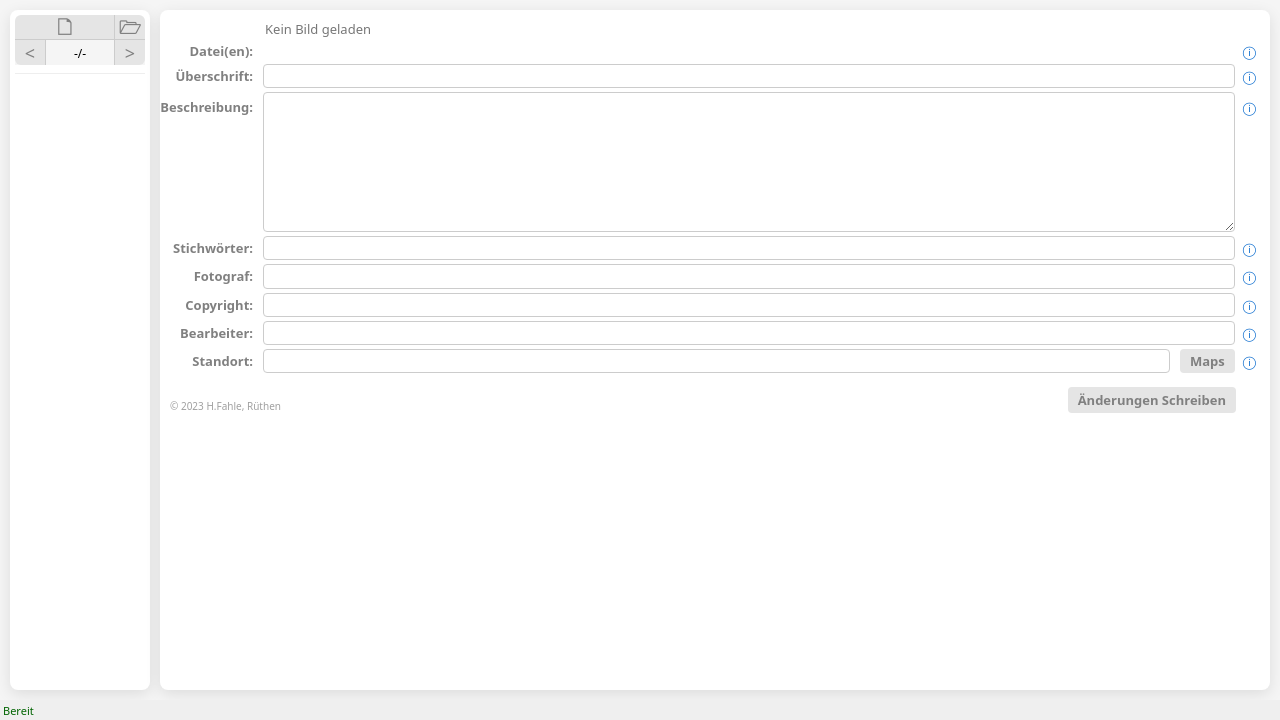
Repository: h-fahle/metadata
Page: ui/index.html
These files come from the project's save history. The page is drawn as it stood at one moment and after the next save; the edit follows.
The browser window is 1280 px wide. The pictures show the whole page.

Above is the page before, as saved 2026-08-29 14:33:35.
Console error: TypeError: Cannot read properties of undefined (reading 'core')

### ui/index.html
<!DOCTYPE html>
<html lang="de">

<head>
	<meta charset="UTF-8">
	<title>Metadaten Editor</title>
	<script src="script.js" defer></script>
	<link rel="stylesheet" href="style.css">
</head>

<body>

	<main id="main-container">

		<!-- Das Vorschaubild links -->
		<aside id="sidebar">
			<div class="split-button-container">
				<div class="main-row">
					<button class="img-select-btn open-files"  data-ordner="false" data-mehrfach="true">
						&#x1F5CB;<div class="tooltip-box">Bilddatei(en) öffnen</div>
					</button>
					<button class="img-select-btn open-folder" data-ordner="true" data-mehrfach="false">
						&#x1F5C1;<div class="tooltip-box">Ordner öffnen</div>
					</button>
				</div>
				<div class="pager-row">
					<button class="pager-btn prev-btn" data-schritt="-1">&lt;</button>
					<div id="img-nummer" class="pager-display">-/-</div>
					<button class="pager-btn next-btn" data-schritt="1"">&gt;</button>
				</div>
			</div>

			<img id="vorschau-bild" src="" style="display:none;" />
			<div id="bild-info" style="text-align:center;">
				<span id="img-datum"></span><br>
				<span id="img-groesse"></span>
			</div>
		</aside>

		<!-- Das Formular rechts -->
		<section id="form-container">

			<div id="ordner-pfad">Kein Bild geladen</div>

			<div class="form-row">
				<label for="filename">Datei(en):</label>
				<div id="dynamischerBereich" style="width: 100%;">
					<!-- Input- / oder Select-Element -->
				</div>
				<div class="tooltip-container">
					<span class="info-icon">ⓘ</span>
					<div class="tooltip-box">Im Einzelmodus: Änderung des Dateinamens bewirkt Umbenennung der Datei.
						Im Stapelmodus: Dateinamen sind nicht änderbar.!
					</div>
				</div>
			</div>

			<div class="form-row">
				<label for="caption">Überschrift:</label>
				<input type="text" id="caption" name="caption" />
				<div class="tooltip-container">
					<span class="info-icon">ⓘ</span>
					<div class="tooltip-box">Auch: (Dokument-)Titel, Schlagzeile, Headline
					</div>
				</div>
			</div>

			<div class="form-row form-row-top">
				<label for="description">Beschreibung:</label>
				<textarea id="description" name="description"></textarea>
				<div class="tooltip-container">
					<span class="info-icon">ⓘ</span>
					<div class="tooltip-box">Beschreibender Text in beliebiger Länge.
						(Im Stapelmodus wird der eingegebene Text
						&nbsp;&nbsp; an vorhandenen angehängt.)
						Hinweis: Einige Programme zeigen nur 2.000 Zeichen
						&nbsp;&nbsp; oder auch weniger an.
					</div>
				</div>
			</div>

			<div class="form-row">
				<label for="keywords">Stichwörter:</label>
				<input type="text" id="keywords" name="keywords" />
				<div class="tooltip-container">
					<span class="info-icon">ⓘ</span>
					<div class="tooltip-box">Komma-separierte Liste. Groß-/Kleinschreibung beachten.
						Im Stapelmodus werden die eingegebenen Stichwörter
						&nbsp;&nbsp; an vorhandene angehängt.
					</div>
				</div>
			</div>

			<div class="form-row">
				<label for="creator">Fotograf:</label>
				<input type="text" id="creator" name="creator" />
				<div class="tooltip-container">
					<span class="info-icon">ⓘ</span>
					<div class="tooltip-box">Urheber, Ersteller, Autor
						(Tags: Artitst, Creator, By-line)
					</div>
				</div>
			</div>

			<div class="form-row">
				<label for="copyright">Copyright:</label>
				<input type="text" id="copyright" name="copyright" />
				<div class="tooltip-container">
					<span class="info-icon">ⓘ</span>
					<div class="tooltip-box">Urheberrechtshinweis; enthält in der Regel:
						Name des Fotografen, Aufnahmejahr und Nutzungsrechte;
						(z.B. 'Copyright [1975] [Mustermann], Alle Rechte vorbehalten')
					</div>
				</div>
			</div>

			<div class="form-row">
				<label for="editor">Bearbeiter:</label>
				<input type="text" id="editor" name="editor" />
				<div class="tooltip-container">
					<span class="info-icon">ⓘ</span>
					<div class="tooltip-box">Verfasser der Metadaten
						(Tags: Caption Writer, Writer Editor)
					</div>
				</div>
			</div>

			<div class="form-row">
				<label for="position">Standort:</label>
				<input type="text" id="position" name="position" />
				<button type="button" class="maps-trigger-btn">Maps</button>
				<div class="tooltip-container">
					<span class="info-icon">ⓘ</span>
					<div class="tooltip-box">GPS-Koordinaten in Dezimalgrad (z.B.: 51.49129, 8.43317).
						Ermitteln der Koordinaten in der Google Maps-Karte:
						&nbsp; 1. mit rechter Maustaste auf den Standort klicken,
						&nbsp; 2. auf die angezeigten Koordinaten klicken,
						&nbsp; 3. der so gespeicherte Wert kann mit Strg+V
						&nbsp;&nbsp;&nbsp;&nbsp;&nbsp;&nbsp; hier eingefügt werden.
					</div>
				</div>
			</div>

			<!-- Button-Leiste -->
			<div class="button-group">
				<div id="app-copyright">
					© 2023 H.Fahle, Rüthen
					<div class="tooltip-box">Dieses Programm ist freie Software unter den Bedingungen der GNU GPLv3.
						Es wird OHNE JEDE GARANTIE zur Verfügung gestellt.
					</div>
				</div>
				<button type="button" id="btn-exif-schreiben">Änderungen Schreiben</button>
			</div>

		</section> <!-- Ende der form-containers-->
	</main> <!-- Ende des main-containers -->

	<footer id="statusleiste">
		<div id="statustext">
			Bereit
		</div>
	</footer>


</body>

</html>

### ui/style.css
:root {
	--app-font: system-ui, -apple-system, "Segoe UI", Roboto, Helvetica, Arial, sans-serif;
	--app-font-size: 13px;
}

/* 1. Das App-Fenster exakt auf 100% fixieren (kein äußeres Scrollen) */
html, body {
	margin: 0;
	padding: 0;
	height: 100vh;
	width: 100vw;
	overflow: hidden; /* Verhindert jegliche äußere Scrollbalken */
	background: #f5f5f5;
	display: flex;
	flex-direction: column; /* Hauptinhalt oben, Statusleiste unten */
	font-family: var(--app-font);
	font-size: var(--app-font-size);
}

input,
textarea,
button,
selectx {
	font-family: var(--app-font) !important;
	font-size: var(--app-font-size) !important;
}

/* Allumfassender Box-Sizing-Fix für die gesamte App */
*, *::before, *::after {
	box-sizing: border-box;
}

/* 2. Der Hauptbereich füllt den gesamten oberen Platz aus --------------------------- */
#main-container {
	flex: 1;
	display: flex;
	flex-direction: row; /* Elemente nebeneinander */
	gap: 10px;
	padding: 10px;
	overflow: hidden; /* Verhindert, dass Riesen-Inhalte das Fenster sprengen */
}

/* 3. LINKS: Die Sidebar mit fester Breite */
#sidebar {
	width: 140px;
	min-width: 140px; /* Lässt die Sidebar niemals schrumpfen */
	background-color: #ffffff;
	border-radius: 8px;
	padding: 5px;
	box-shadow: 0 4px 15px rgba(0, 0, 0, 0.1);

	/* Fügt automatischen Abstand zwischen allen Kindern in der Sidebar ein */
    display: flex;
    flex-direction: column;
    gap: 12px;
}

#vorschau-bild {
	max-width: 130px;
	margin: 15px auto;
	height: auto;
}

/* 4. RECHTS: Das Formular nimmt den gesamten Rest ein und wächst mit */
#form-container {
	flex: 1; /* Nimmt 100% des restlichen Platzes ein */
	min-width: 0; /* Erlaubt Flexbox, die Box bei Bedarf zu verkleinern */
	background-color: #ffffff;
	border-radius: 8px;
	padding: 10px;
	display: flex;
	flex-direction: column;
	gap: 4px;
	box-shadow: 0 4px 15px rgba(0, 0, 0, 0.1);
}

#ordner-pfad {
	margin-left: 95px !important;
	color: #777777;
}

/* Jede Zeile wird zu einer horizontalen Flexbox */
.form-row {
	display: flex !important;
	flex-direction: row;
	align-items: center; /* Richtet Label und Input vertikal mittig zueinander aus */
	gap: 10px;           /* Abstand zwischen Label und Input */
	width: 100%;
}

/* Die Labels bekommen eine feste Breite, damit alle Inputs sauber untereinander starten */
.form-row label {
	width: 95px;         /* Breite je nach längstem Label-Text anpassen */
	min-width: 95px;     /* Verhindert, dass das Label zusammengedrückt wird */
	text-align: right;   /* Optional: Richtet den Text rechtsbündig zum Input aus */
	color: gray;
	font-weight: bold;
	margin-left: -12px;
}

/* Die Eingabefelder füllen jetzt den gesamten restlichen Platz der Zeile aus */
.form-row input,
.form-row textarea {
	flex: 1;             /* Zwingt das Input-Feld, den Rest der Zeile einzunehmen */
	width: 100%;
	min-width: 0;        /* Erlaubt dem Input, bei sehr kleinen Fenstern stabil zu schrumpfen */
	border: 1px solid #ccc;
	border-radius: 4px;
	padding: 2px 4px;
	line-height: 1.4;
	-webkit-font-smoothing: antialiased;
	outline: none;
}
input#filename {
	font-weight: bold;
}


.form-row select {
  /* 1. Setzt das native Design auf ALLEN Plattformen zurück */
  -webkit-appearance: none; /* Für Chrome, Safari, WebKitGTK, Edge, Opera */
  -moz-appearance: none;    /* Für Firefox */
  appearance: none;         /* Der moderne, offizielle W3C-Standard */

  /* 2. Plattformübergreifender Text-Fix für Unterlängen (g, j, y) */
  line-height: 1.4;           /* 1.5 bietet genug Puffer für Linux- & Windows-Fonts */
  padding: 2px; /* Rechts Platz für den eigenen Pfeil */
  width: 100%;
  height: 24px;

  /* 3. Textglättung für macOS, Windows und Linux */
  -webkit-font-smoothing: antialiased;
  -moz-osx-font-smoothing: grayscale;

  /* 4. tandard-Design für die Box */
  background-color: #ececec;
  border: 1px solid #ccc;
  border-radius: 4px;
  box-sizing: border-box;    /* Verhindert Layout-Verschiebungen */
  outline: none;
  color: gray;
}

.form-row textarea {
	min-height: 140px;
}
.form-row input:focus-visible,
.form-row textarea:focus-visible {
	outline: 2px solid gray;
}

/* Ändert die Ausrichtung für die Textarea-Zeile nach oben */
.form-row-top {
	align-items: flex-start !important; /* Richtet Label, Textarea und Icon oben aus */
}
.form-row-top label,
.form-row-top .tooltip-container {
	padding-top: 6px; /* Verhindert, dass das Label zu weit oben klebt */
}


/* 5. UNTEN: Die Statusleiste mit fixer Höhe und eigenem Scrollbalken */
#statusleiste {
	height: 20px;  /* Feste Höhe für ca. 2 Zeilen Text */
	min-height: 20px;
	background-color: #efefef;
	font-size: 11px;
	color: #444;
	padding: 3px;
	overflow-y: auto;  /* Vertikaler Scrollbalken erscheint NUR bei Bedarf */
	overflow-x: hidden;  /* Verhindert horizontales Scrollen in der Statusleiste */
	-webkit-font-smoothing: antialiased;
}
#statustext {
	color:darkgreen;
}


/* Bedien-Elemente -------------------------------------------- */
button {
	padding: 3px 10px;
	font-weight: bold;
	cursor: pointer;
	border: none;
	background-color:#e5e5e5;
	color: gray;
}
button:hover {
	background-color: gray;
	color: white;
}
.button-group button,
.form-row button {
	border-radius: 4px;
}
#app-copyright {
	margin-right: auto;
	padding-top: 12px;
	font-size: 10px;
	color: #a0a0a0;
}

	/* ------------------------------------------------------------------------------ */
	/* Container hält die Steuer-Buttons zusammen */
	.split-button-container {
	  display: inline-flex;
	  flex-direction: column;
	  position: relative;
	  font-family: system-ui, -apple-system, sans-serif;
	  width:130px;

	border-bottom: 1px solid #eee;
    padding-bottom: 8px;
	}

	/* Obere Reihe */
	.main-row {
	  height: 25px;
	  display: flex;
	  border-bottom: 1px solid #ccc; /* Trennlinie zur zweiten Reihe */
	}

	/* Untere Reihe */
	.pager-row {
	  height: 25px;
	  display: flex;
	  align-items: center;
	  background-color: #f5f5f5;
	}

	/* Gemeinsames Design für die Button-Teile */
	.open-files,
	.open-folder,
	.prev-btn,
	.next-btn {
	  font-size: 18px  !important;
	  padding: 0;
	  cursor: pointer;
	  transition: background-color 0.2s;
	}
	.prev-btn,
	.next-btn {
		font-weight: normal;
	}

	/* Hauptbutton oben links */
	.open-files {
	  width: 100%;
	  border-top-left-radius: 6px;
	  border-right: 1px solid #ccc
	}

	/* Pfeilbutton oben rechts */
	.open-folder {
	  width: 30%;
	  border-top-right-radius: 6px;
	}

	/* Blätter-Buttons unten links und rechts */
	.pager-btn {
	  width: 30px;
	  height: 100%;
	  display: flex;
	  align-items: center;
	  justify-content: center;
	  transition: background-color 0.2s;
	}
	.prev-btn {
		border-bottom-left-radius: 6px;
	}
	.next-btn {
		border-bottom-right-radius: 6px;
	}

	.pager-display {
	  height: 100%;
	  flex-grow: 1; /* Nimmt den gesamten Platz in der Mitte ein */
	  text-align: center;
	  font-size: 12px;
	  padding: 5px 0;
	  border-left: 1px solid #ccc;
	  border-right: 1px solid #ccc;
	  user-select: none; /* Verhindert versehentliches Markieren beim Klicken */
	}



/* Der Absendeknopf richtet sich nach den Eingabefeldern aus */
.button-group {
	display: flex;
	justify-content: flex-end;
	margin: 10px 24px 0 0;
}

.button-group button {
	margin-left: 5px;
}


/* Tooltip ---------------------------------------------------------- */

/* Container für das Icon und die Box */
.tooltip-container {
	position: relative; /* Wichtig, damit sich die Box am Icon ausrichtet */
	display: inline-flex;
	align-items: center;
	cursor: help;       /* Zeigt das Fragezeichen/Hilfe-Symbol als Mauszeiger */
	margin-left: -6px;
}

/* Das Info-Icon selbst */
.info-icon {
	color: #0066cc;     /* Schönes Info-Blau */
	padding: 0 4px;
	font-size: 13px;
}

.tooltip-box {
	display: none;
	position: fixed;

	width: max-content;
	max-width: 400px;      /* Verhindert, dass der Tooltip bei sehr viel Text das Fenster sprengt */
	white-space: pre-line;

	background-color: lightyellow;
	color: black;
	border: 1px solid gray;
	padding: 2px 4px;
	border-radius: 6px;
	font-size: 11px;
	line-height: 1.4;
	box-shadow: 0 4px 10px rgba(0, 0, 0, 0.2);
	z-index: 1001;   /* Über der Statusleiste (1000), falls sie sich überschneiden */

  	/* Verschiebt den Tooltip komplett nach links,
     sodass seine rechte Kante am Cursor sitzt */
 	transform: translate(-100%, 40%);  */

	/* Animation & Verstecken */
	transition: opacity 0.2s ease-in-out, visibility 0.2s;
	pointer-events: none; /* Verhindert, dass die Box beim unabsichtlichen Drüberfahren flackert */
}

/* Zeige den Tooltip nur, wenn die Maus über dem Container ist */
.tooltip-container:hover .tooltip-box {
  display: block;
}
.img-select-btn:hover .tooltip-box,
#app-copyright:hover .tooltip-box {
	transform: none;
	font-weight: normal;
	display: block;
}

Loaded but not shown: ui/script.js (461 lines, source omitted)

After the next save:
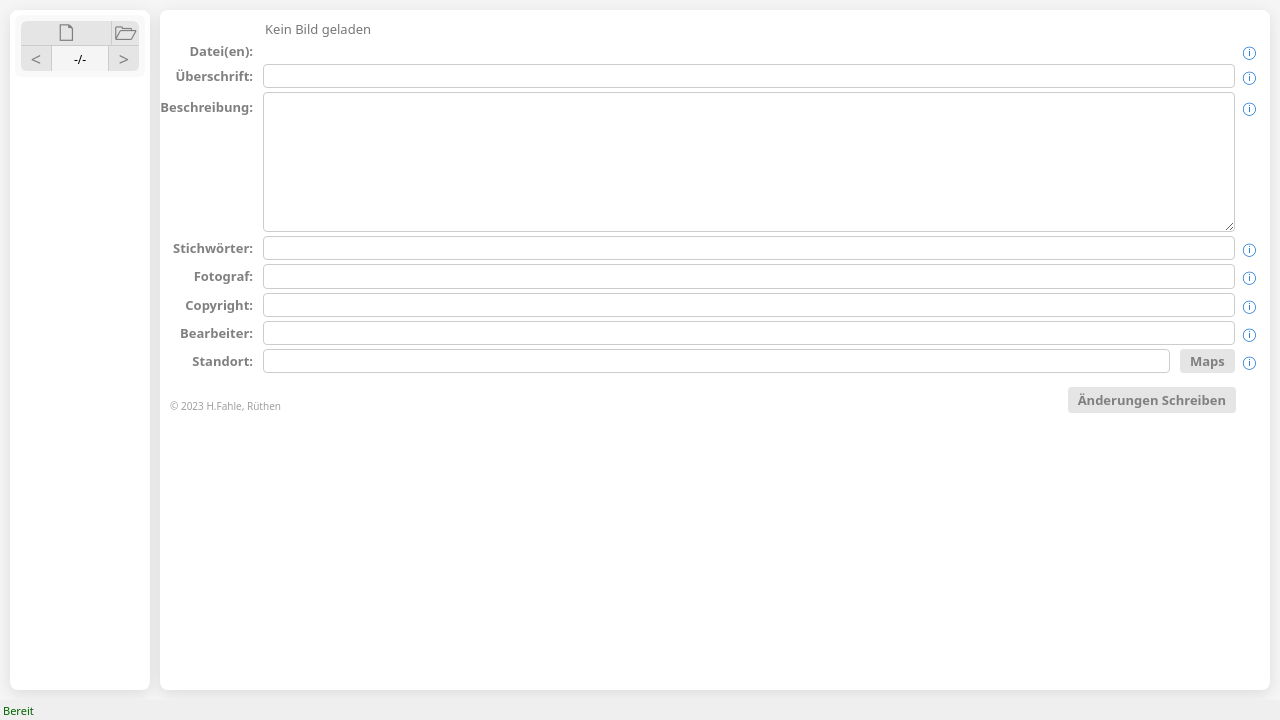
Saved 93 s later.
--- a/ui/style.css
+++ b/ui/style.css
@@ -208,10 +208,13 @@ button:hover {
 	  position: relative;
 	  font-family: system-ui, -apple-system, sans-serif;
 	  width:130px;
-
-	border-bottom: 1px solid #eee;
-    padding-bottom: 8px;
-	}
+	}
+
+	.split-button-container {
+		background: #f9f9f9;
+		padding: 6px;
+		border-radius: 6px;
+		margin-bottom: 10px; }
 
 	/* Obere Reihe */
 	.main-row {

After the 2 saves that followed:
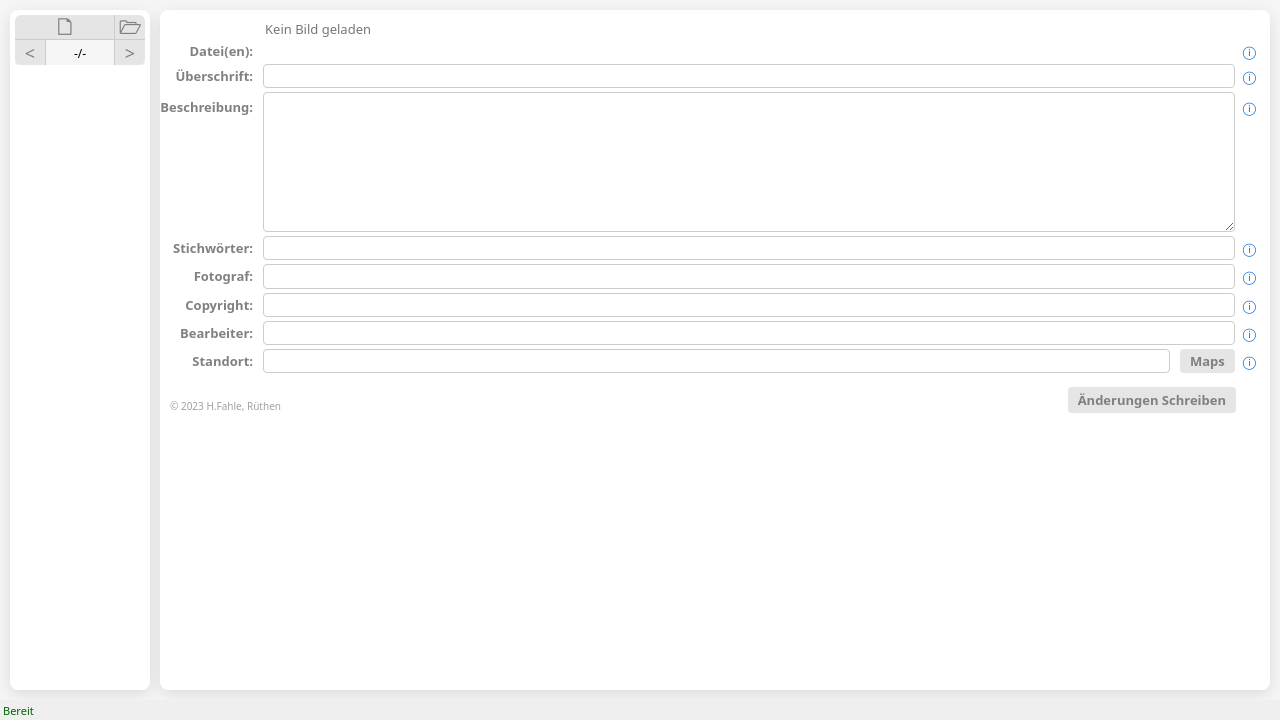
The 2 saves are shown as one change because 1 left the picture as it was.
The last was saved 2 min 21 s later.
--- a/ui/style.css
+++ b/ui/style.css
@@ -208,13 +208,8 @@ button:hover {
 	  position: relative;
 	  font-family: system-ui, -apple-system, sans-serif;
 	  width:130px;
-	}
-
-	.split-button-container {
-		background: #f9f9f9;
-		padding: 6px;
-		border-radius: 6px;
-		margin-bottom: 10px; }
+	  margin-bottom: 15px;
+	}
 
 	/* Obere Reihe */
 	.main-row {
